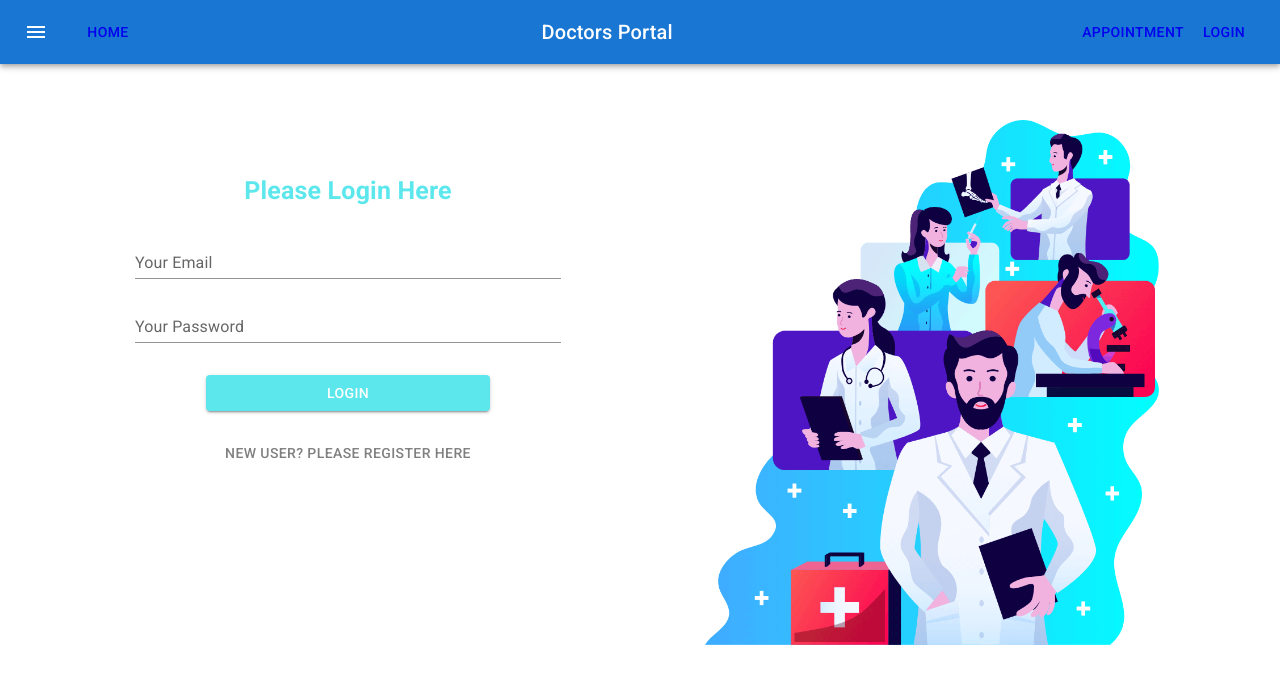
Repository: Sharif-00112/doctors-portal-client
Page: /login
An editor plug-in stored every save of this project. The page is shown before and after the next save, followed by the edit.
The browser window is 1280 px wide. The pictures show the whole page.
The project was rebuilt for these pictures with package versions that can differ from the ones it lists, and the page was loaded fresh each time. Also part of the build but not shown: src/Pages/Shared/Footer/Footer.js, src/Pages/Home/AppointmentBanner/AppointmentBanner.js, src/Pages/Home/Banner/Banner.js, src/Pages/Home/Contact/Contact.js, src/Pages/Home/Service/Service.js, src/Pages/Home/Services/Services.js, src/Pages/Home/Story/Story.js, src/Pages/Home/Home/Home.js and 7 more.

Above is the page before, as saved 2022-11-06 22:34:44.

After the next save:
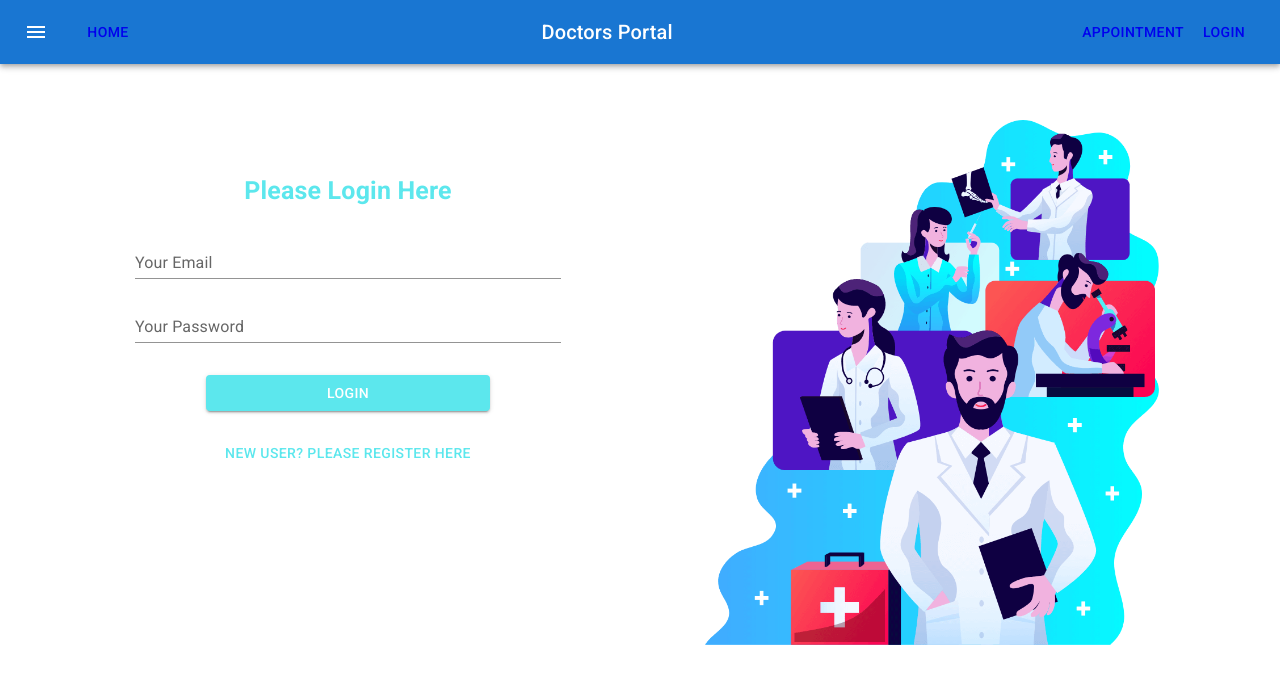
Saved 14 s later.
--- a/src/Pages/Login/Login/Login.js
+++ b/src/Pages/Login/Login/Login.js
@@ -60,7 +60,7 @@ const Login = () => {
                                 <NavLink
                                     style={{ textDecoration:'none'}}
                                     to='/register'>
-                                    <Button sx={{color:'gray'}}>
+                                    <Button sx={{color:'#5CE7ED'}}>
                                         New user? Please Register here
                                     </Button>
                                 </NavLink>
